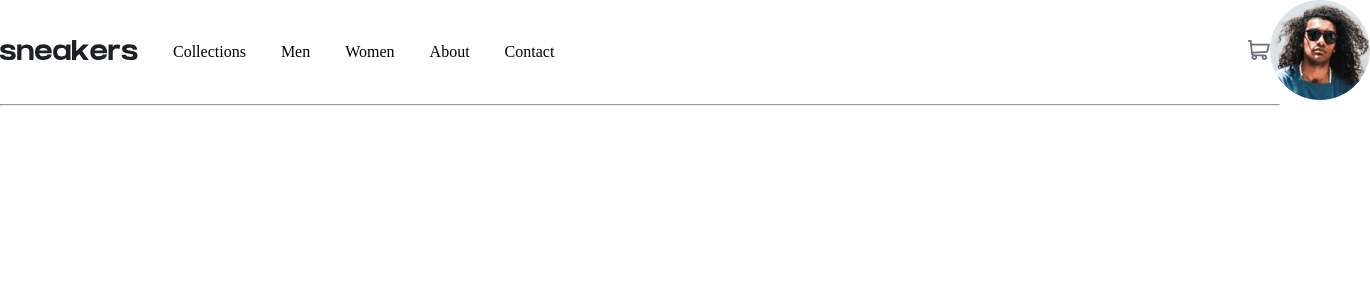
Repository: DevLaukey/ecommerce-design
Page: index.html
These files come from the project's save history. The page is drawn as it stood at one moment and after the next save; the edit follows.
The browser window is 1280 px wide. The page is 1370 px wide, then 1280 px, so the pictures cover 1370 px, including what lies to the right of the window. The pictures show the whole page.

Above is the page before, as saved 2022-05-15 16:51:25.

After the next save:
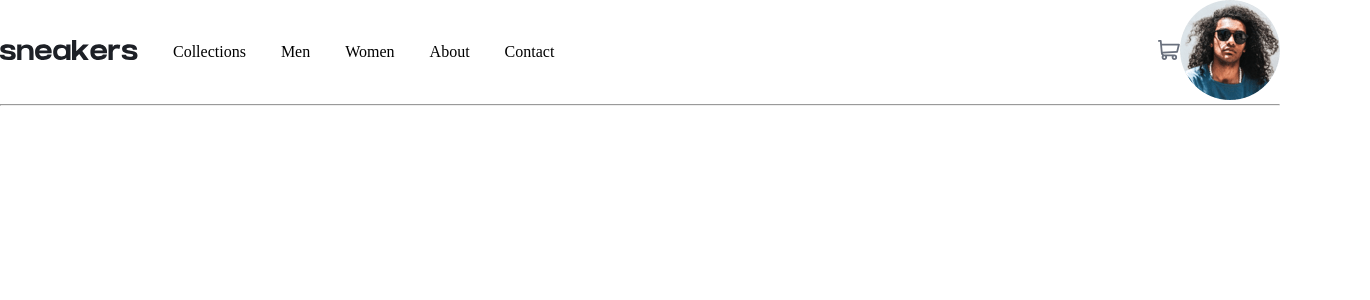
Saved 9 s later.
--- a/css/style.css
+++ b/css/style.css
@@ -27,6 +27,6 @@
     display: flex;
     align-items: center;
 }
-.avatar{
+/* .avatar{
     width: 10px;
-}
+} */
